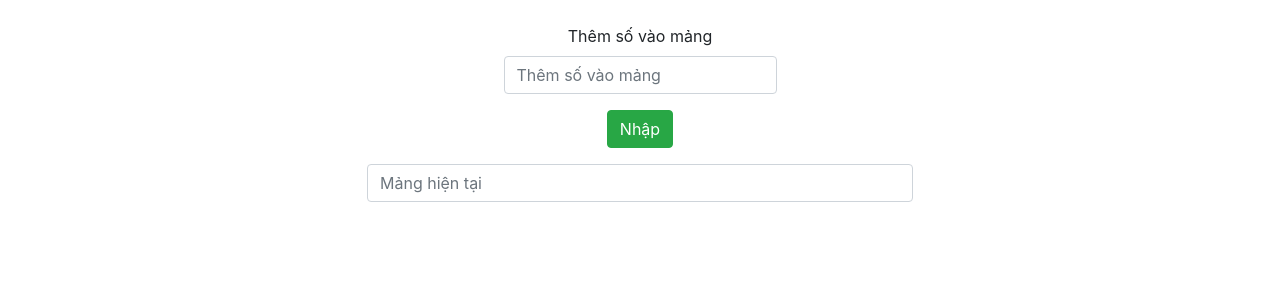
Repository: baobaodeveloper/bootcamp21__array__HuynhAnhBao
Page: index.html
These files come from the project's save history. The page is drawn as it stood at one moment and after the next save; the edit follows.
The browser window is 1280 px wide. The pictures show the whole page.

Above is the page before, as saved 2022-03-20 16:54:54.

### index.html
<!DOCTYPE html>
<html lang="en">
  <head>
    <title>JavaScript Array</title>
    <!-- Required meta tags -->
    <meta charset="utf-8" />
    <meta
      name="viewport"
      content="width=device-width, initial-scale=1, shrink-to-fit=no"
    />

    <!-- Bootstrap CSS -->
    <link
      rel="stylesheet"
      href="https://stackpath.bootstrapcdn.com/bootstrap/4.3.1/css/bootstrap.min.css"
      integrity="sha384-ggOyR0iXCbMQv3Xipma34MD+dH/1fQ784/j6cY/iJTQUOhcWr7x9JvoRxT2MZw1T"
      crossorigin="anonymous"
    />
  </head>
  <body>
    <div class="container d-flex justify-content-center align-items-center p-4">
      <div
        class="mb-3 text-center w-50 d-flex flex-column justify-content-center align-items-center"
      >
        <label for="formGroupExampleInput" class="form-label"
          >Thêm số vào mảng</label
        >
        <input
          type="number"
          class="form-control w-50"
          id="number"
          placeholder="Thêm số vào mảng"
          value=""
        />
        <button type="button" class="btn btn-success m-3" id="input">
          Nhập
        </button>
        <input
          type="text"
          class="form-control d-block w-100"
          id="array-current"
          placeholder="Mảng hiện tại"
        />
      </div>
    </div>
    <!-- Optional JavaScript -->
    <!-- jQuery first, then Popper.js, then Bootstrap JS -->
    <script
      src="https://code.jquery.com/jquery-3.3.1.slim.min.js"
      integrity="sha384-q8i/X+965DzO0rT7abK41JStQIAqVgRVzpbzo5smXKp4YfRvH+8abtTE1Pi6jizo"
      crossorigin="anonymous"
    ></script>
    <script
      src="https://cdnjs.cloudflare.com/ajax/libs/popper.js/1.14.7/umd/popper.min.js"
      integrity="sha384-UO2eT0CpHqdSJQ6hJty5KVphtPhzWj9WO1clHTMGa3JDZwrnQq4sF86dIHNDz0W1"
      crossorigin="anonymous"
    ></script>
    <script
      src="https://stackpath.bootstrapcdn.com/bootstrap/4.3.1/js/bootstrap.min.js"
      integrity="sha384-JjSmVgyd0p3pXB1rRibZUAYoIIy6OrQ6VrjIEaFf/nJGzIxFDsf4x0xIM+B07jRM"
      crossorigin="anonymous"
    ></script>
    <script src="app.js"></script>
  </body>
</html>

### app.js
const number = document.getElementById("number");
let arr = [];
document.getElementById("input").addEventListener("click", () => {
  const numberValue = number.value;
  if (!numberValue) return;

  arr.push(+numberValue);
  number.value = "";
  console.log(arr);
  document.getElementById("array-current").value = arr.join(" - ");
});

After the next save:
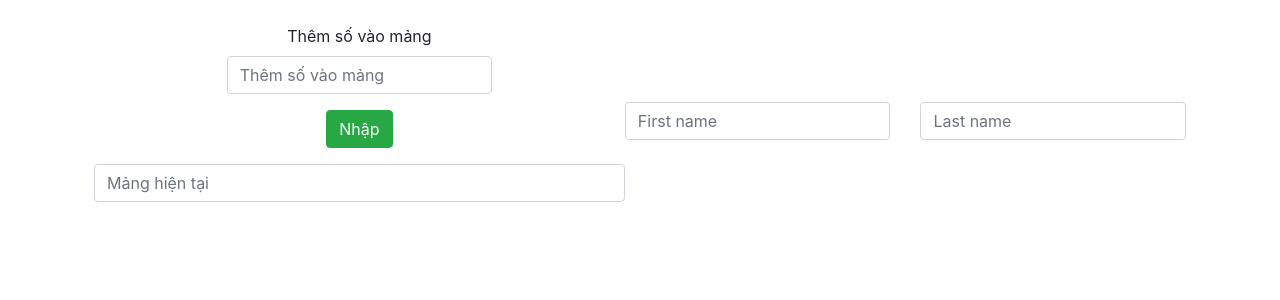
Saved 91 s later.
--- a/index.html
+++ b/index.html
@@ -42,6 +42,25 @@
           placeholder="Mảng hiện tại"
         />
       </div>
+
+      <div class="row">
+        <div class="col">
+          <input
+            type="text"
+            class="form-control"
+            placeholder="First name"
+            aria-label="First name"
+          />
+        </div>
+        <div class="col">
+          <input
+            type="text"
+            class="form-control"
+            placeholder="Last name"
+            aria-label="Last name"
+          />
+        </div>
+      </div>
     </div>
     <!-- Optional JavaScript -->
     <!-- jQuery first, then Popper.js, then Bootstrap JS -->
